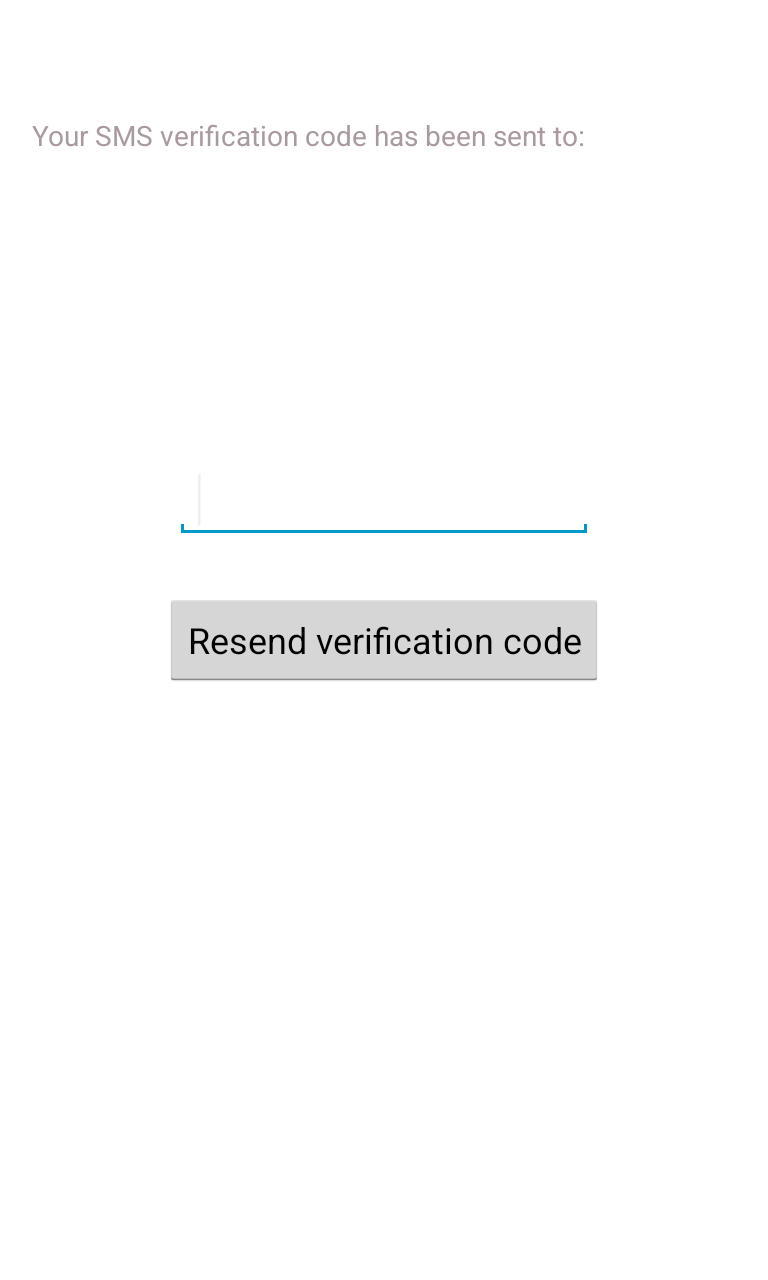
Repository: amit21sharma/Disturb
Layout: Disturb/res/layout/activity_sms__verification.xml
The author's editor kept a copy of each file at every save. The layout is drawn from the files as they stood at one save, then again after the next save.
It is drawn on a 768 x 1280 px phone screen (xhdpi) without system bars, with theme AppTheme; the app's code is not run.

Above is the layout before, as saved 2013-09-06 16:47:53.

After the next save:
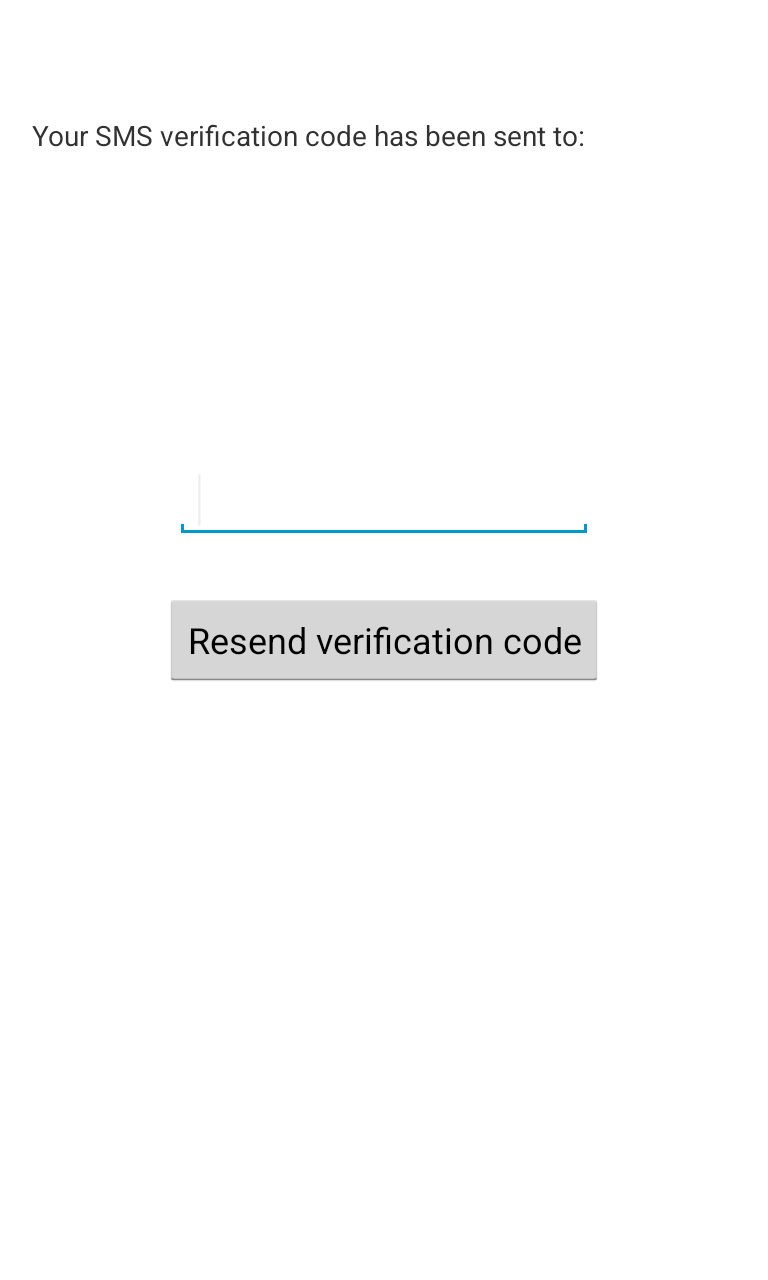
Saved 81 s later.
--- a/Disturb/res/layout/activity_sms__verification.xml
+++ b/Disturb/res/layout/activity_sms__verification.xml
@@ -16,7 +16,7 @@
         android:layout_alignParentTop="true"
         android:layout_marginTop="42dp"
         android:text="@string/verification"
-        android:textColor="#a99aa0"/>
+        />
 
     <Button
         android:id="@+id/resendverfication"
